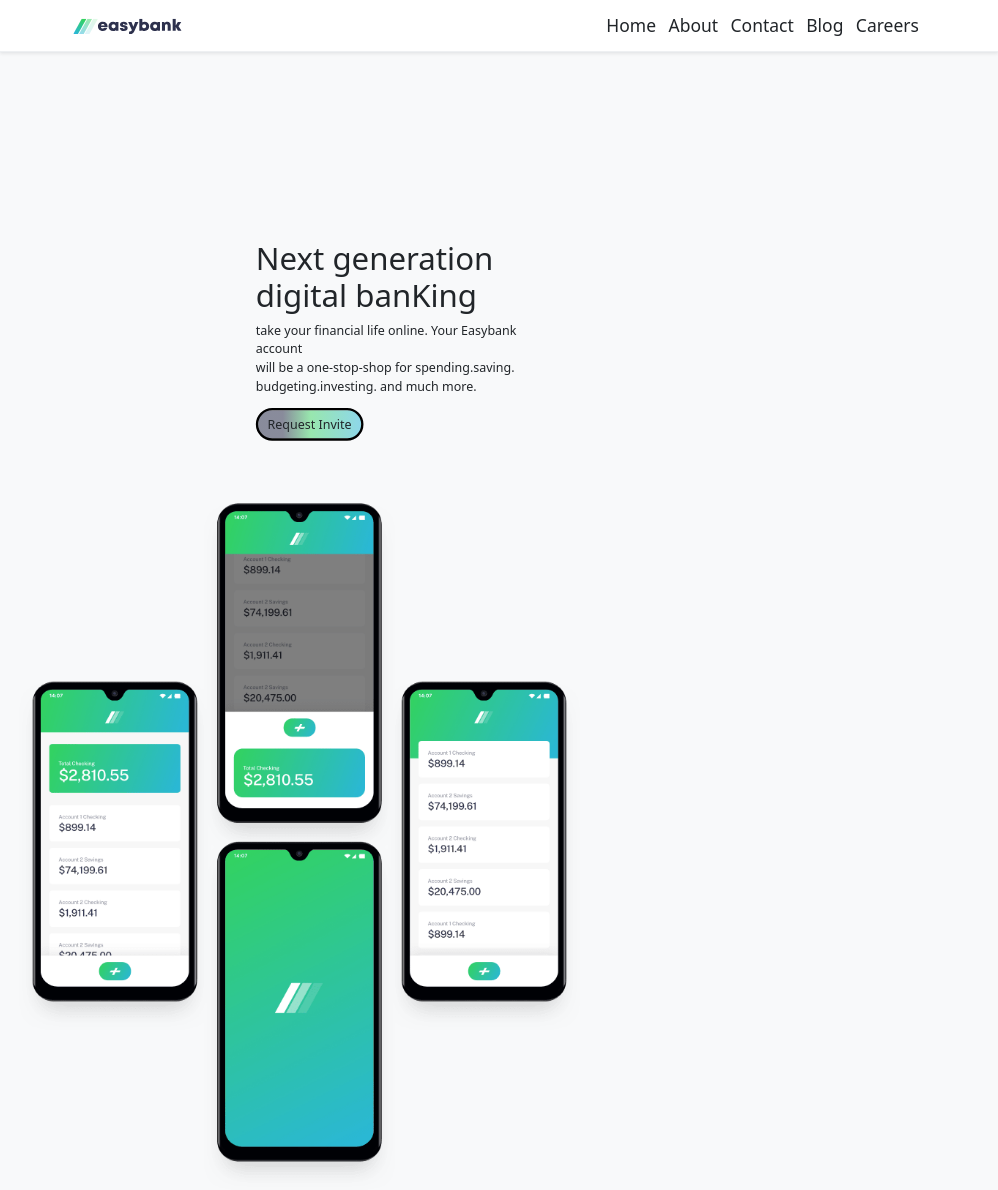
Repository: devbastos/easy-Bank
Page: / (app in frontend/)
An editor plug-in stored every save of this project. The page is shown before and after the next save, followed by the edit.
The browser window is 1280 px wide. The pictures show the whole page, at 78% of full size.
Some web libraries are served in a nearby version. The project was rebuilt for these pictures with package versions that can differ from the ones it lists, and the page was loaded fresh each time.

Above is the page before, as saved 2022-02-03 18:51:42.

After the next save:
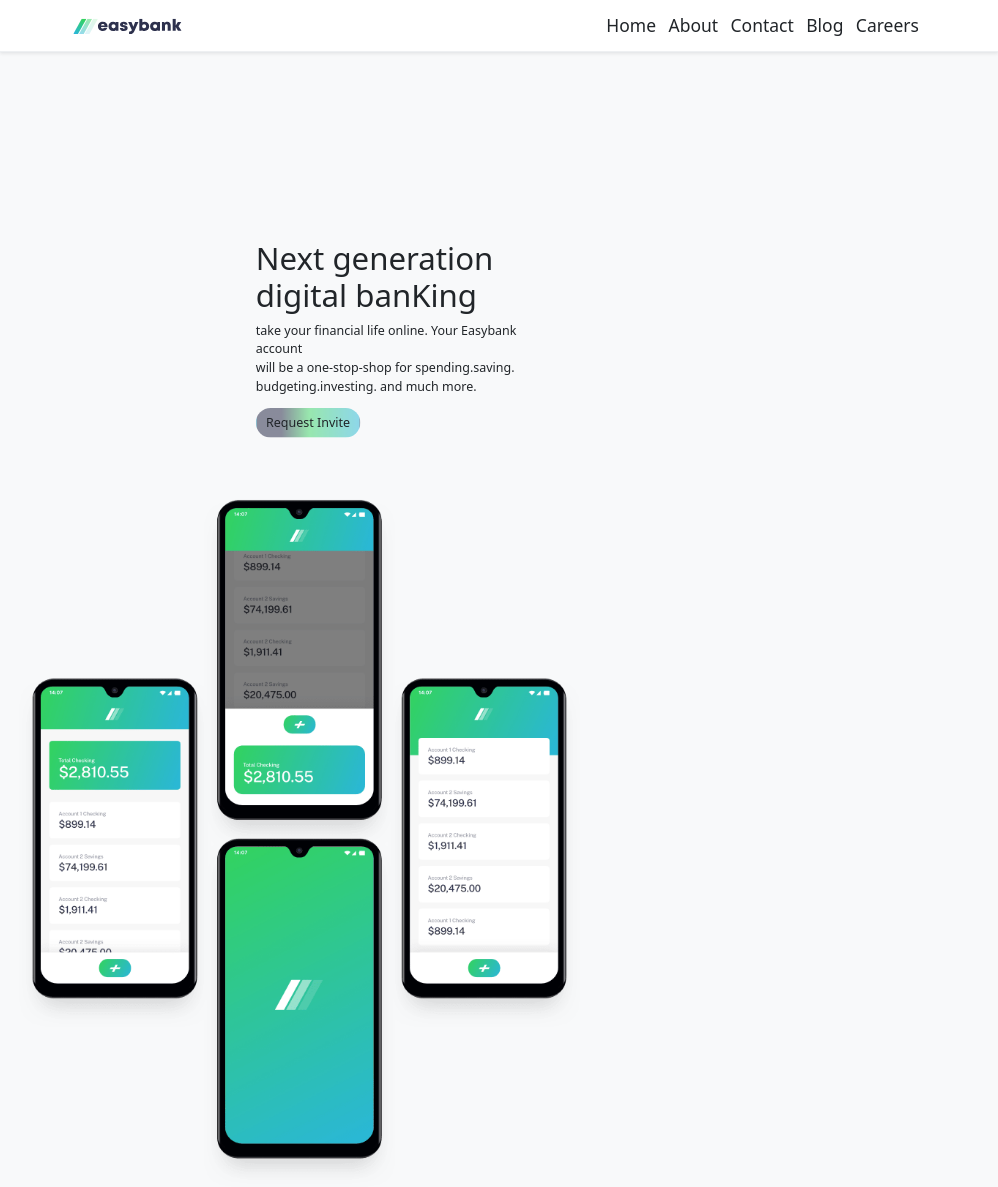
Saved 10 s later.
--- a/frontend/src/app/template/header/header.component.css
+++ b/frontend/src/app/template/header/header.component.css
@@ -9,7 +9,6 @@
 }
 
 .btn {
-  border: solid black;
   border-radius: 10rem;
   background: rgb(45, 49, 77);
   background: linear-gradient(
